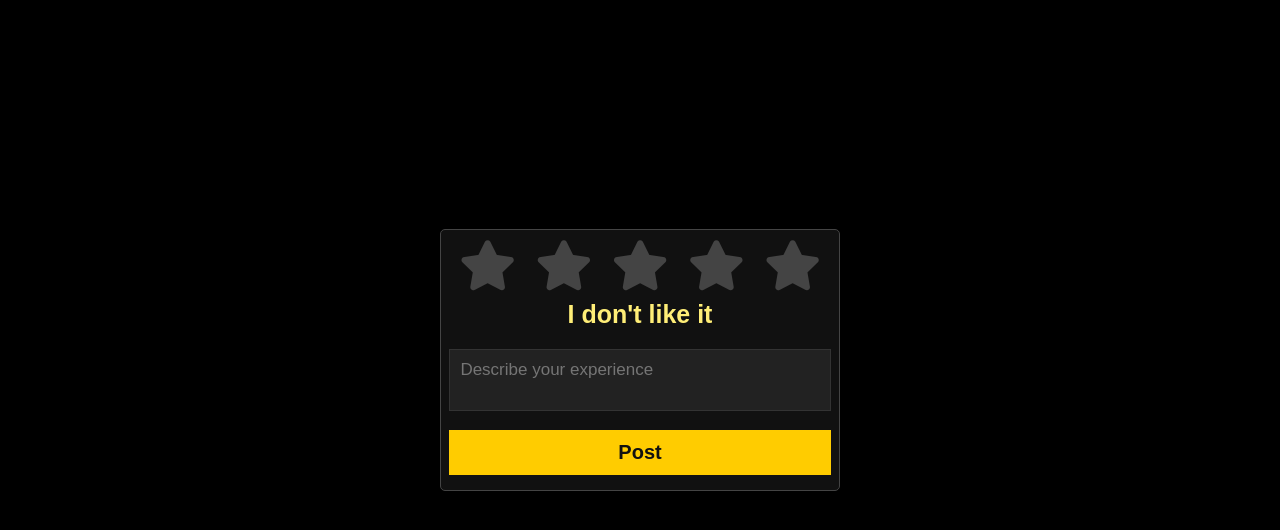
Repository: Suryansh-D/Star-Ratings
Page: index.html
The author's editor kept a copy of each file at every save. The page is drawn from the files as they stood at one save, then again after the next save.
The browser window is 1280 px wide. The pictures show the whole page.

Above is the page before, as saved 2024-02-03 10:02:57.

### index.html
<!DOCTYPE html>
<html lang="en">
<head>
    <meta charset="UTF-8">
    <meta name="viewport" content="width=device-width, initial-scale=1.0">
    <title>Document</title>
</head>
<link rel="stylesheet" href="style.css">
<link rel="stylesheet" href="https://cdnjs.cloudflare.com/ajax/libs/font-awesome/5.15.3/css/all.min.css">
<body>
    <div class="container">
        <div class="stars">
            <input type="radio" name="rate" id="rate-5">
            <label for="rate-5" class="fas fa-star"></label>
            <input type="radio" name="rate" id="rate-4">
            <label for="rate-4" class="fas fa-star"></label>
            <input type="radio" name="rate" id="rate-3">
            <label for="rate-3" class="fas fa-star"></label>
            <input type="radio" name="rate" id="rate-2">
            <label for="rate-2" class="fas fa-star"></label>
            <input type="radio" name="rate" id="rate-1">
            <label for="rate-1" class="fas fa-star"></label>
            <form action="#">
                <header>I don't like it</header>
                <div class="textarea">
                <textarea cols="30" placeholder="Describe your experience"></textarea>
                </div>
                    <div class="btn">
                        <button type="submit">Post</button>
                        </div>
                 </form>
        </div>
    </div>
    <script></script>
</body>
</html>

### style.css
@import url('https://fonts.googleapis.com/css?family=Roboto:400,700');
* {
  margin: 0;
  padding: 0;
  box-sizing: border-box;
  font-family:'Poppins', sans-serif;
}
html, body {
  height: 100%;
  background-color: #000;
  place-items: center;
  display: grid;
  text-align: center;
}

.container {
  width: 400px;
  background: #111;
    padding: 20px , 30px;
    border: 1px solid #444;
    border-radius: 5px;
    display: flex;
    flex-direction: column;
    align-items: center;
    justify-content: center;
}
.container .stars input{
    display: none;
}
.stars label{
    font-size: 50px;
    color: #444;
    cursor: pointer;
    transition: all 0.2s ease;
    float: right;
    padding: 10px;

}
.stars input:not(:checked) ~ label:hover ,
.stars input:not(:checked) ~ label:hover ~ label{
    color: #ffcc00;
}
.stars input:checked ~ label{
    color: #ffcc00;
}
input#rate-5:checked ~ label#rate-5 ~ label#rate-4 ~ label#rate-3 ~ label#rate-2 ~ label#rate-1{
    color: #ffe7;
    text-shadow: 0 0 20px #952;
}
form header{
    width:100%;
    font-size: 25px;
    color: #fe7;
    font-weight: 700;
    margin: 5px 0 20px 0;
    text-align: center;
    transition: all 0.2s ease;
}

form .textarea{
    width: 100%;
   height: 100%;
   overflow: hidden;
}
form .textarea textarea{
    height: 100%;
    width:100%;
    outline: none;
    color: #fff;
    border: 1px solid #333;
    background: #222;
    padding: 10px;
    font-size: 17px;
    resize: none;
}
form .btn{
  height: 45px;
  width: 100%;
  margin: 15px 0;
}
form .btn button{
    width: 100%;
    height: 100%;
    border: none;
    outline: none;
    background: #ffcc00;
    color: #111;
    font-size: 20px;
    font-weight: 700;
    cursor: pointer;
    transition: all 0.2s ease;
}

After the next save:
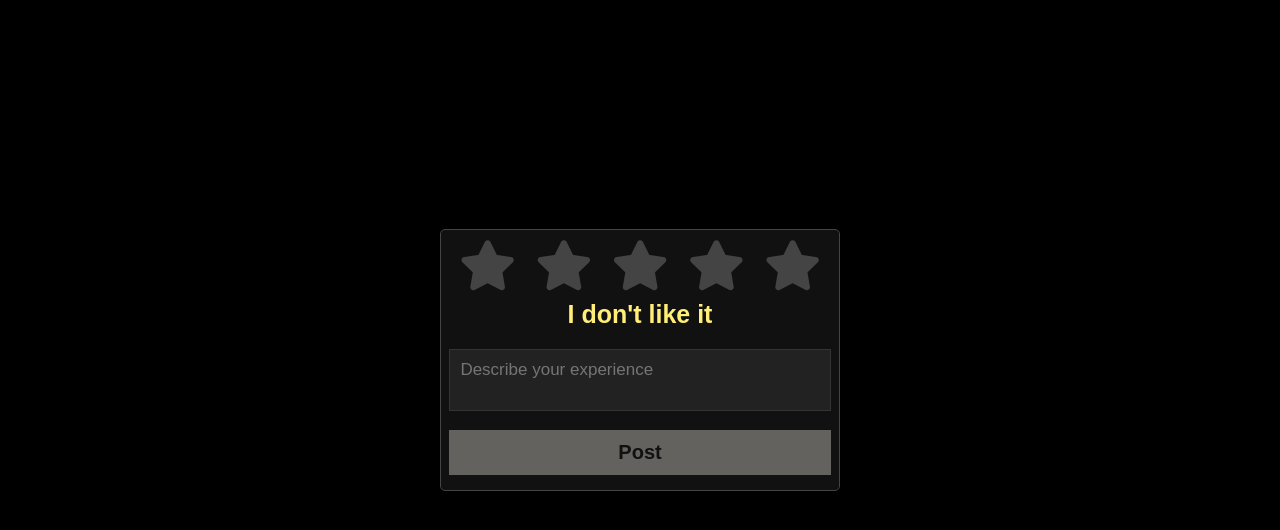
Saved 21 s later.
--- a/style.css
+++ b/style.css
@@ -83,7 +83,7 @@ form .btn button{
     height: 100%;
     border: none;
     outline: none;
-    background: #ffcc00;
+    background: #63625e;
     color: #111;
     font-size: 20px;
     font-weight: 700;
